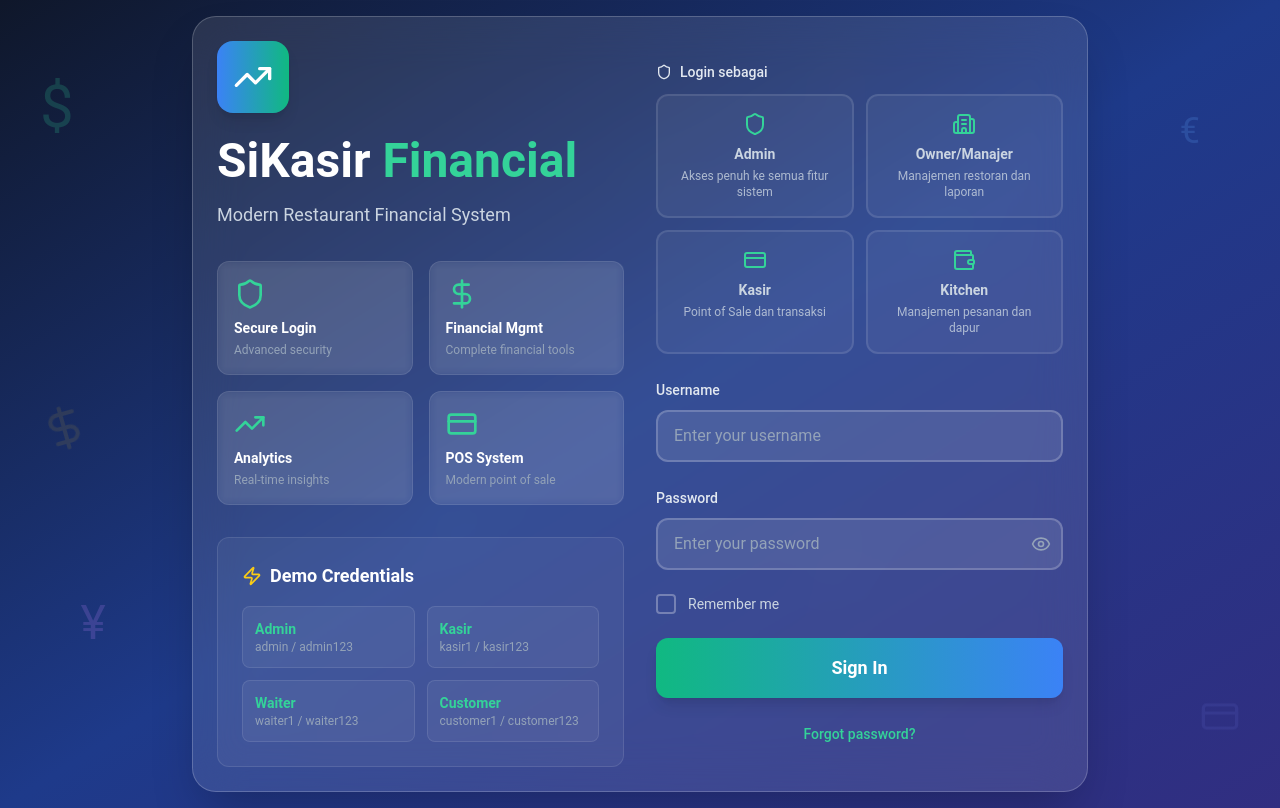
Repository: luthfirf17/SiKasir
Page: / (app in frontend/)
The author's editor kept a copy of each file at every save. The page is drawn from the files as they stood at one save, then again after the next save.
The browser window is 1280 px wide. The pictures show the whole page.
The page's requests for data from a server got no answer. The project was rebuilt for these pictures with package versions that can differ from the ones it lists, and the page was loaded fresh each time. No one was signed in, and anything a server would have sent is missing. Also part of the build but not shown: frontend/src/modules/admin/config/navigationConfig.ts, frontend/src/modules/admin/components/ModernAdminNavigation.tsx, frontend/src/modules/admin/components/AdminNavbar.tsx, frontend/src/modules/admin/layouts/AdminLayout.tsx, frontend/src/modules/admin/pages/DashboardPage.tsx, frontend/src/services/MenuService.ts, frontend/src/utils/menuDataConverter.ts, frontend/src/hooks/useMenuData.ts and 19 more.

Above is the page before, as saved 2025-09-25 17:13:44.

After the next save:
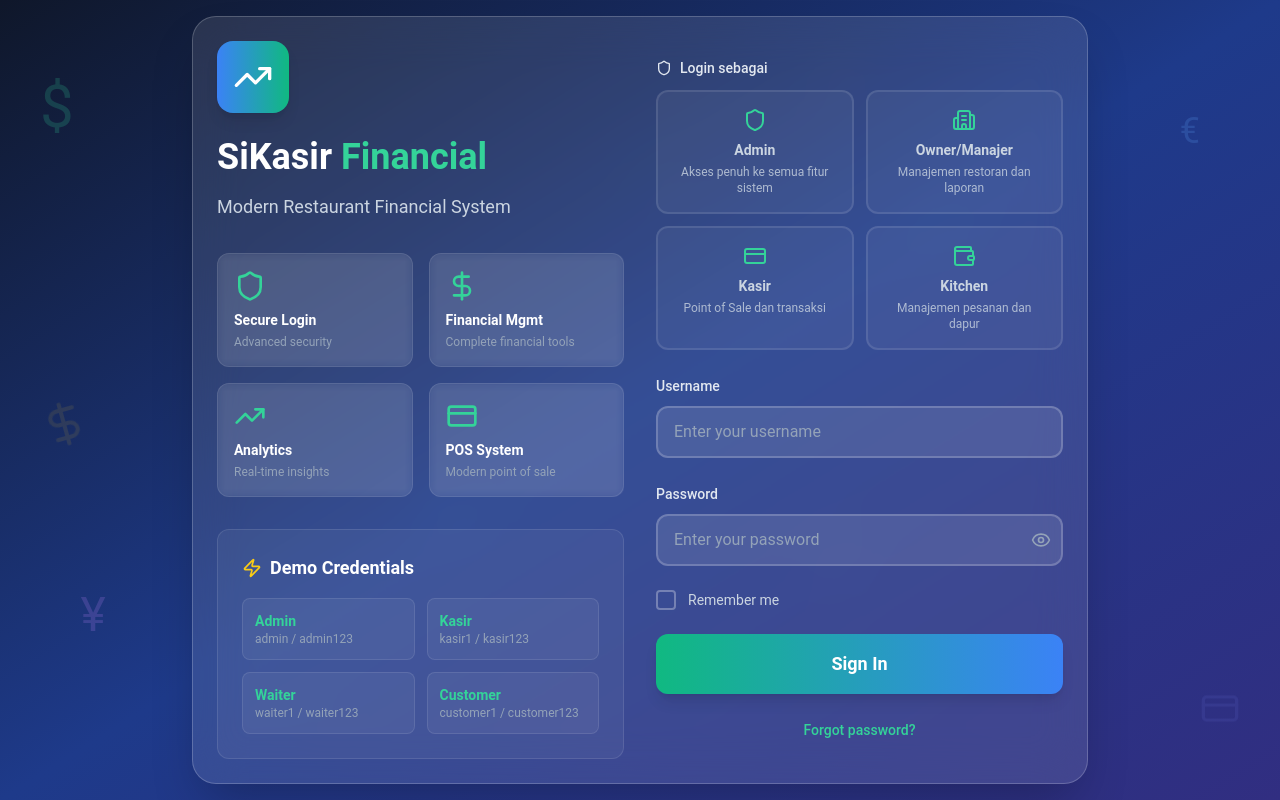
Saved 7 s later.
--- a/frontend/src/pages/LoginPage.tsx
+++ b/frontend/src/pages/LoginPage.tsx
@@ -204,7 +204,7 @@ const LoginPage = () => {
                     <TrendingUp className="h-10 w-10 text-white" />
                   </div>
                 </div>
-                <h1 className="text-4xl lg:text-5xl font-bold text-white mb-4">
+                <h1 className="text-3xl lg:text-4xl font-bold text-white mb-4">
                   SiKasir <span className="text-emerald-400">Financial</span>
                 </h1>
                 <p className="text-slate-300 text-lg mb-8">
